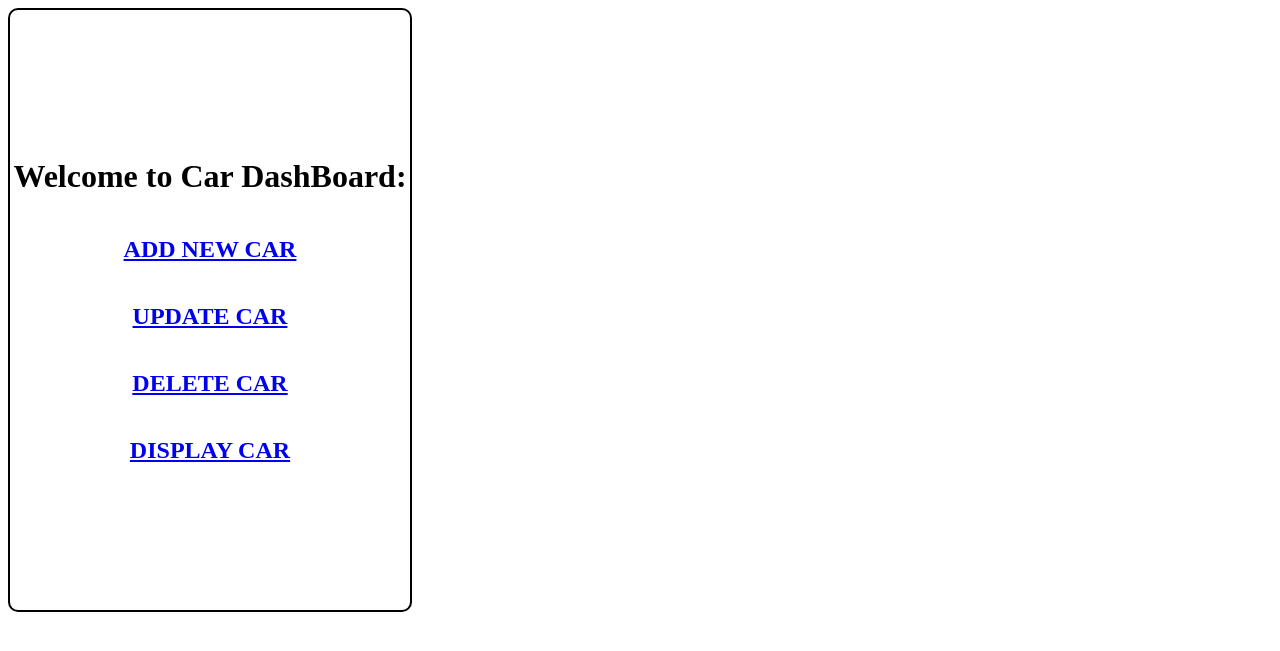
Repository: Dhirajkumar02/Advance-Java--J2EE-
Page: ServletProjecct_CarDB/src/main/webapp/index.html
An editor plug-in stored every save of this project. The page is shown before and after the next save, followed by the edit.
The browser window is 1280 px wide. The pictures show the whole page.

Above is the page before, as saved 2024-11-14 14:53:16.

After the next save:
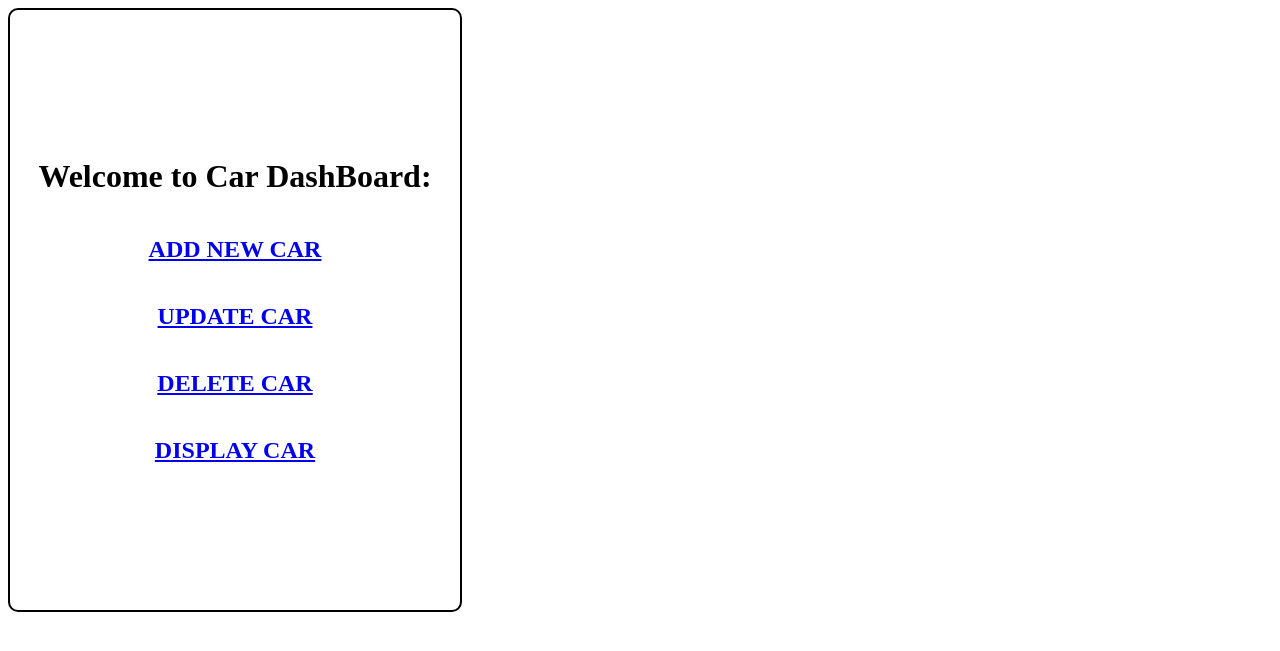
Saved 46 s later.
--- a/ServletProjecct_CarDB/src/main/webapp/index.html
+++ b/ServletProjecct_CarDB/src/main/webapp/index.html
@@ -6,7 +6,7 @@
 <style>
 body{
 height: 600px;
-width: 400px;
+width: 450px;
 border: 2px solid black;
 display: flex;
 justify-content: center;
